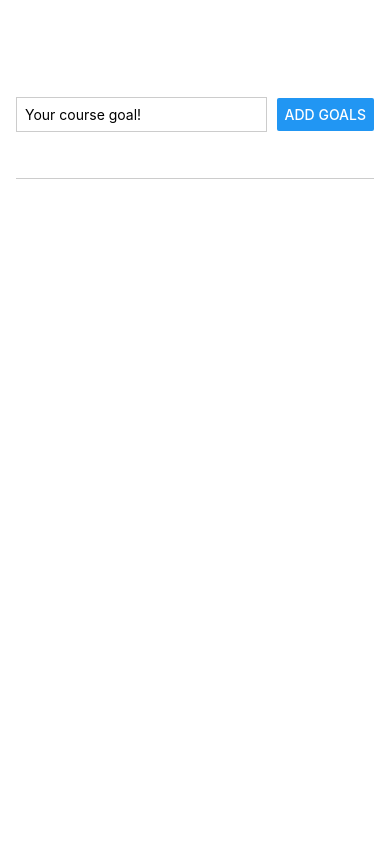
Repository: vanh1604/Todo-List
Screen: /
The author's editor kept a copy of each file at every save. The screen is drawn from the files as they stood at one save, then again after the next save.
The app was drawn by React Native's web renderer in a window 390 px wide. The project was rebuilt for these pictures with package versions that can differ from the ones it lists, and the page was loaded fresh each time. Also part of the build but not shown: Components/GoalItem.js.

Above is the screen before, as saved 2023-06-16 17:00:47.

After the next save:
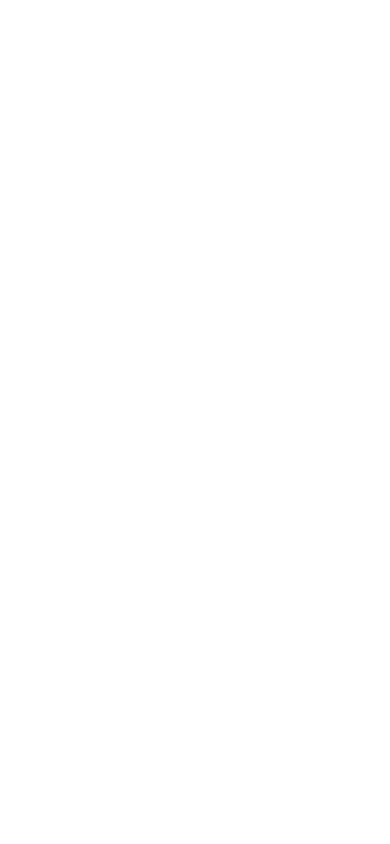
Saved 4 s later.
--- a/App.js
+++ b/App.js
@@ -24,14 +24,7 @@
   }
   return (
     <View style={styles.appContainer}>
-      <View style={styles.inputContainer}>
-        <TextInput
-          style={styles.textInput}
-          placeholder="Your course goal!"
-          onChangeText={goalInputHandler}
-        ></TextInput>
-        <Button title="Add goals" onPress={addGoalHandler} />
-      </View>
+
       <View style={styles.goalsContainer}>
         <FlatList
           data={courseGoals}
@@ -54,22 +47,6 @@
     paddingTop: 50,
     paddingHorizontal: 16,
   },
-  inputContainer: {
-    flex: 1,
-    flexDirection: "row",
-    justifyContent: "space-between",
-    alignItems: "center",
-    marginBottom: 24,
-    borderBottomWidth: 1,
-    borderBottomColor: "#cccccc",
-  },
-  textInput: {
-    borderWidth: 1,
-    borderColor: "#cccccc",
-    width: "70%",
-    marginRight: 8,
-    padding: 8,
-  },
   goalsContainer: {
     flex: 5,
   },

After the 6 saves that followed:
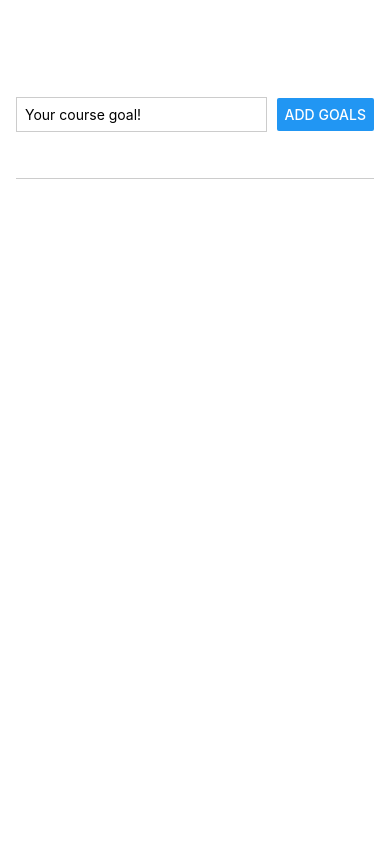
The 6 saves are shown as one change because 4 left the picture as it was and some came seconds apart.
The last was saved 2 min 44 s later.
--- a/App.js
+++ b/App.js
@@ -1,14 +1,7 @@
 import { useState } from "react";
-import {
-  StyleSheet,
-  Text,
-  TextInput,
-  View,
-  Button,
-  ScrollView,
-  FlatList,
-} from "react-native";
+import { StyleSheet, View, FlatList } from "react-native";
 import GoalItem from "./Components/GoalItem";
+import GoalInput from "./Components/GoalInput";
 
 export default function App() {
   const [enteredGoalText, setEnteredGoalText] = useState();
@@ -24,7 +17,7 @@
   }
   return (
     <View style={styles.appContainer}>
-
+      <GoalInput />
       <View style={styles.goalsContainer}>
         <FlatList
           data={courseGoals}
--- a/Components/GoalInput.js
+++ b/Components/GoalInput.js
@@ -1,14 +1,14 @@
 import React from "react";
 import { StyleSheet, View, TextInput, Button } from "react-native";
-const GoalInput = () => {
+const GoalInput = (props) => {
   return (
     <View style={styles.inputContainer}>
       <TextInput
         style={styles.textInput}
         placeholder="Your course goal!"
-        onChangeText={goalInputHandler}
+        onChangeText={props.goalInputHandler}
       ></TextInput>
-      <Button title="Add goals" onPress={addGoalHandler} />
+      <Button title="Add goals" onPress={props.addGoalHandler} />
     </View>
   );
 };
